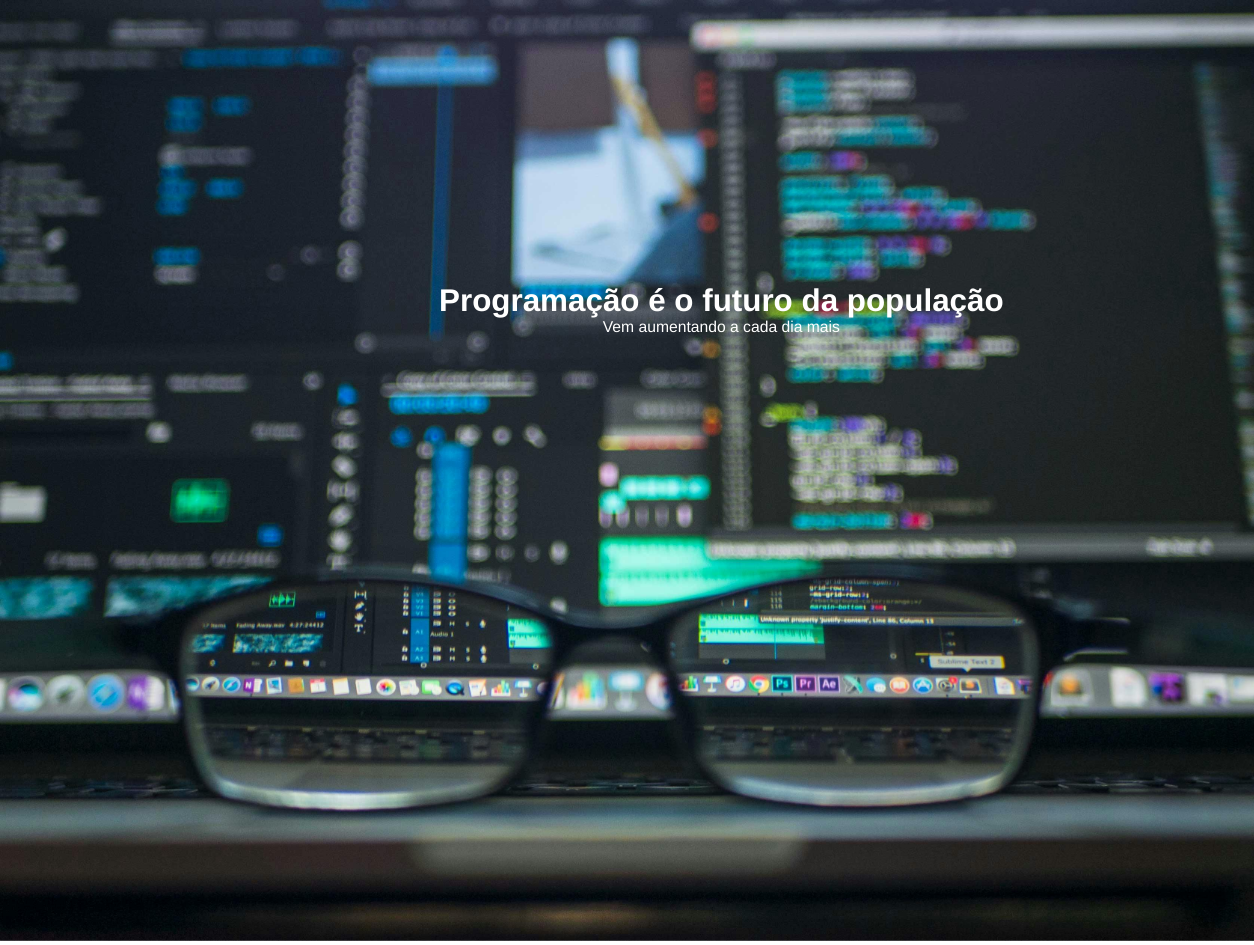
Repository: Caiquedev123/Sites
Page: index.html
An editor plug-in stored every save of this project. The page is shown before and after a run of saves, followed by the edit.
The browser window is 1280 px wide. The pictures show the whole page, at 98% of full size.

Above is the page before, as saved 2024-07-22 14:24:22.

### index.html
<!DOCTYPE html>
<html lang="en">
<head>
    <meta charset="UTF-8">
    <meta name="viewport" content="width=device-width, initial-scale=1.0">
    <title>Projeto</title>
    <link rel="stylesheet" href="style.css">
    <link rel="stylesheet" href="./reset.css">
</head>
<body>
    <div class="container">
        <h1>Programação é o futuro da população</h1>
        <p>Vem aumentando a cada dia mais</p>
    </div>
    <section class="imagens">
        <img src="./imagem/Progrmação.jpg" alt="programação">
    </section>
</body>
</html>

### style.css
body{background-color: rgb(255, 255, 255);}

.container{
    position: absolute;
    z-index: 1;
    text-align: center;
    left: 35%;
    top: 40%;
    color: rgb(255, 255, 255);
    font-family: 'Franklin Gothic Medium', 'Arial Narrow', Arial, sans-serif;
}

img{
    width: 100%;
    object-fit: cover;
    position: relative;
}

Loaded but not shown: reset.css (common file)

After the next 2 saves:
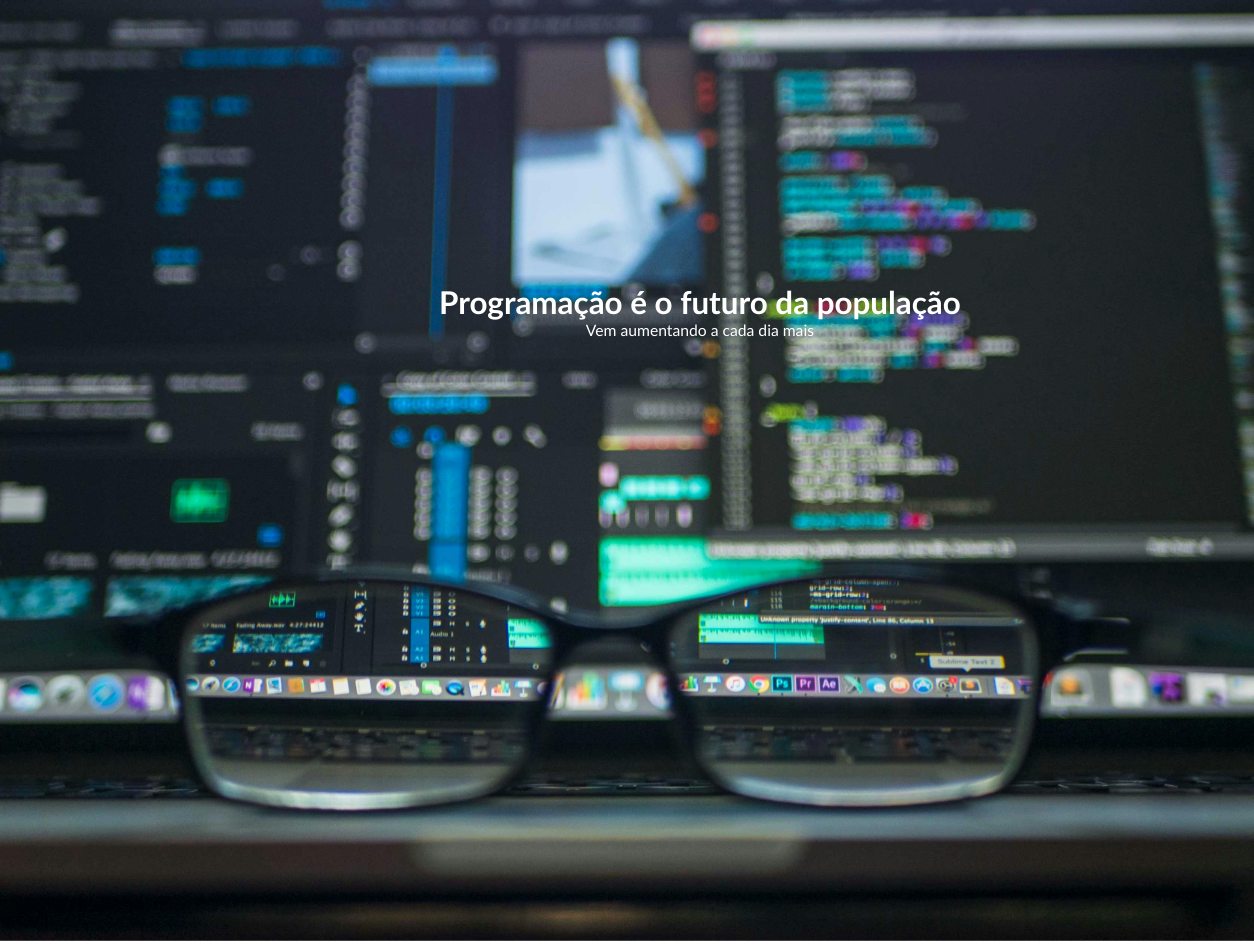
The 2 saves are shown as one change because they came seconds apart.
The last was saved 21 s later.
--- a/style.css
+++ b/style.css
@@ -7,7 +7,7 @@
     left: 35%;
     top: 40%;
     color: rgb(255, 255, 255);
-    font-family: 'Franklin Gothic Medium', 'Arial Narrow', Arial, sans-serif;
+    font-family: 'Gill Sans', 'Gill Sans MT', Calibri, 'Trebuchet MS', sans-serif;
 }
 
 img{
